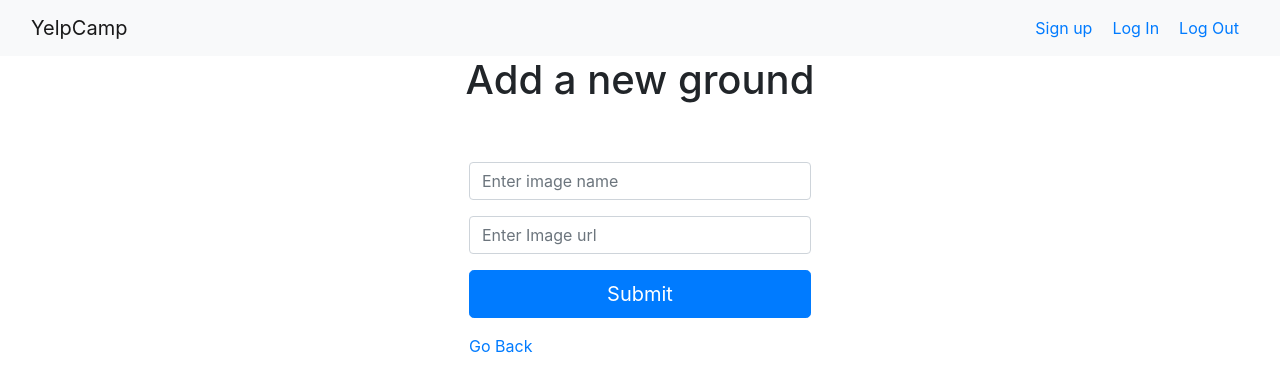
Repository: N-Verma/Webdev-Backend-
Page: http://localhost/campgrounds/new
The author's editor kept a record of every edit. The page is drawn from the files as they stood at one moment, then again after the next edit.
The browser window is 1280 px wide. The pictures show the whole page.
The page is served by the project's Node server (YelpCamp/v2/app.js).

Above is the page before.

After the next edit:
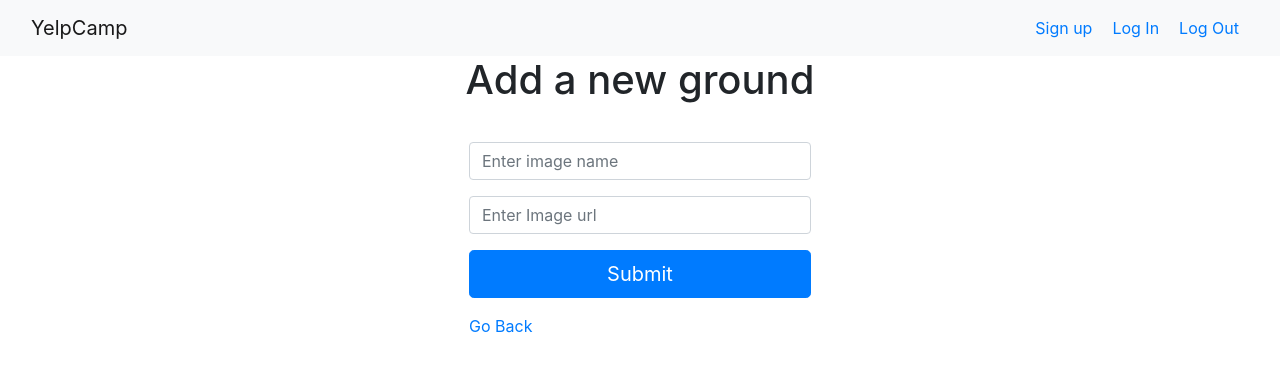
The edit:
--- a/Web dev (backend)/environment/YelpCamp/v2/views/new.ejs
+++ b/Web dev (backend)/environment/YelpCamp/v2/views/new.ejs
@@ -2,7 +2,7 @@
 <div class="container">
     <h1 style="text-align:center;">Add a new ground</h1>
     <div class="row">
-        <div style = "width:30%; margin:50px auto;">
+        <div style = "width:30%; margin:30px auto;">
             <form action="/campgrounds" method="POST">
 
                 <div class="form-group">
